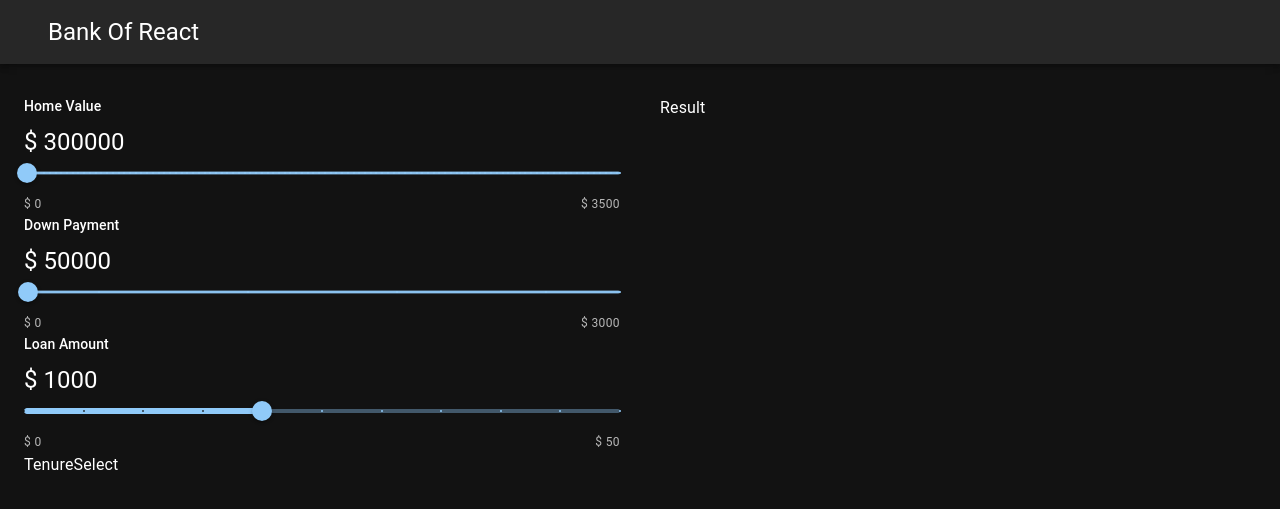
Repository: MikeeBuilds/mortgage-calculator
Page: /
These files come from the project's save history. The page is drawn as it stood at one moment and after the next save; the edit follows.
The browser window is 1280 px wide. The pictures show the whole page.
The project was rebuilt for these pictures with package versions that can differ from the ones it lists, and the page was loaded fresh each time.

Above is the page before, as saved 2023-04-03 21:48:32.

### src/index.js
import React from 'react';
import ReactDOM from 'react-dom/client';
import  CssBaseline  from '@mui/material/CssBaseline';
import { ThemeProvider, createTheme } from '@mui/material/styles';
import App from './App';
import reportWebVitals from './reportWebVitals';
import { theme } from './theme';

const root = ReactDOM.createRoot(document.getElementById('root'));
root.render(
  <React.StrictMode>
    <ThemeProvider theme={theme}>
      <CssBaseline />
    <App />
    </ThemeProvider>
  </React.StrictMode>
);

// If you want to start measuring performance in your app, pass a function
// to log results (for example: reportWebVitals(console.log))
// or send to an analytics endpoint. Learn more: https://bit.ly/CRA-vitals
reportWebVitals();

### src/App.js
import { Container, Grid } from "@mui/material";
import Navbar from "./components/Navbar";
import Result from "./components/Result";
import SliderSelect from "./components/SliderSelect";
import TenureSelect from "./components/TenureSelect";


function App() {
  return (
    <div className="App">
      <Navbar />
      <Container maxWidth="xl" sx={{ marginTop: 4 }}>
        <Grid container spacing={5}>

          <Grid item xs={12} md={6}>
            <SliderSelect />
            <TenureSelect />
          </Grid>
          <Grid item xs={12} md={6}>
            <Result />

          </Grid>

        </Grid>
      </Container>
    </div>
  );
}

export default App;

### src/theme.js
import {  createTheme } from "@mui/material/styles";

export const theme = createTheme({
    palette: {
        mode: "dark",
    },
    typography: {
        h1: {

        },
    },
});

### src/components/Navbar.js
import React from 'react'
import AppBar from '@mui/material/AppBar'
import ToolBar from '@mui/material/Toolbar'
import Typography from '@mui/material/Typography'
import Container from '@mui/material/Container'

const Navbar = () => {
  return (
    <AppBar position="static">
      <Container maxWidth='xl'>
        <ToolBar>
            <Typography variant="h5" component="div" sx={{ flexGrow: 1 }}>
                Bank Of React
            </Typography>
        </ToolBar>
      </Container>
    </AppBar>
  )
}

export default Navbar

### src/components/SliderSelect.js
import React, { Fragment } from 'react'
import SliderComponent from './common/SliderComponent'

const SliderSelect = () => {
  return (
    <>
        <SliderComponent
            label='Home Value'
            min={0}
            max={3500}
            defaultValue={20}
            step={5 }
            onChange={(e, value) => console.log(value)}
            unit='$'
            amount={300000}
        />
          <SliderComponent
            label='Down Payment'
            min={0}
            max={3000}
            defaultValue={20}
            step={5 }
            onChange={(e, value) => console.log(value)}
            unit={'$'}
            amount={50000}
        />
          <SliderComponent
            label='Loan Amount'
            min={0}
            max={50}
            defaultValue={20}
            step={5 }
            onChange={(e, value) => console.log(value)}
            unit={'$'}
            amount={1000}
        />

    </>


  )
}

export default SliderSelect

### src/components/TenureSelect.js
import React from 'react'

const TenureSelect = () => {
  return (
    <div>TenureSelect</div>
  )
}

export default TenureSelect

### src/components/common/SliderComponent.js
import React from 'react'
import Slider from '@mui/material/Slider'
import { Stack, Typography } from '@mui/material'

const SliderComponent = ({ defaultValue, min, max, step, onChange, value, label, unit, amount }) => {
  return (
  <>
    <Stack gap={1}>
      <Typography variant='subtitle2'>{label}</Typography>
      <Typography variant='h5'>{unit} {amount}</Typography>
    </Stack>

    <Slider
      defaultValue={defaultValue}
      min={min} max={max}
      aria-label='Default'
      valueLabelDisplay='auto'
      marks
      step={step}
      onChange={onChange}
      value={value}
      />
      <Stack direction='row' justifyContent='space-between'>
    <Typography variant='caption' color='text.secondary'>{unit} {min}</Typography>
    <Typography variant='caption' color='text.secondary'>{unit} {max}</Typography>
      </Stack>

  </>
  )
}

export default SliderComponent

Loaded but not shown: public/index.html (common file); src/reportWebVitals.js (common file); src/components/Result.js (common file)

After the next save:
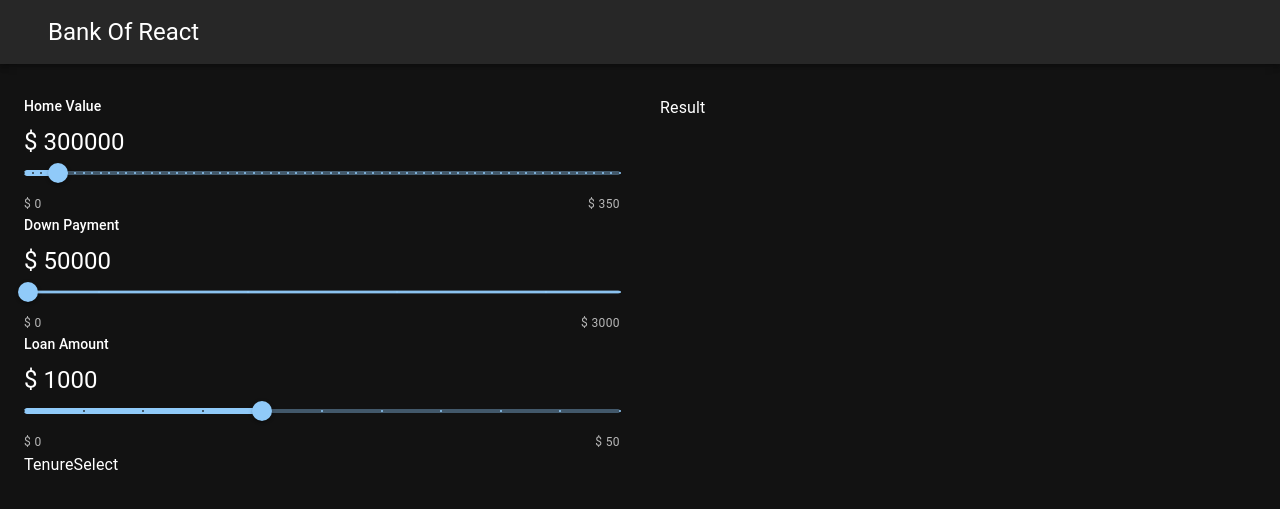
Saved 8 s later.
--- a/src/components/SliderSelect.js
+++ b/src/components/SliderSelect.js
@@ -7,7 +7,7 @@ const SliderSelect = () => {
         <SliderComponent
             label='Home Value'
             min={0}
-            max={3500}
+            max={350}
             defaultValue={20}
             step={5 }
             onChange={(e, value) => console.log(value)}
